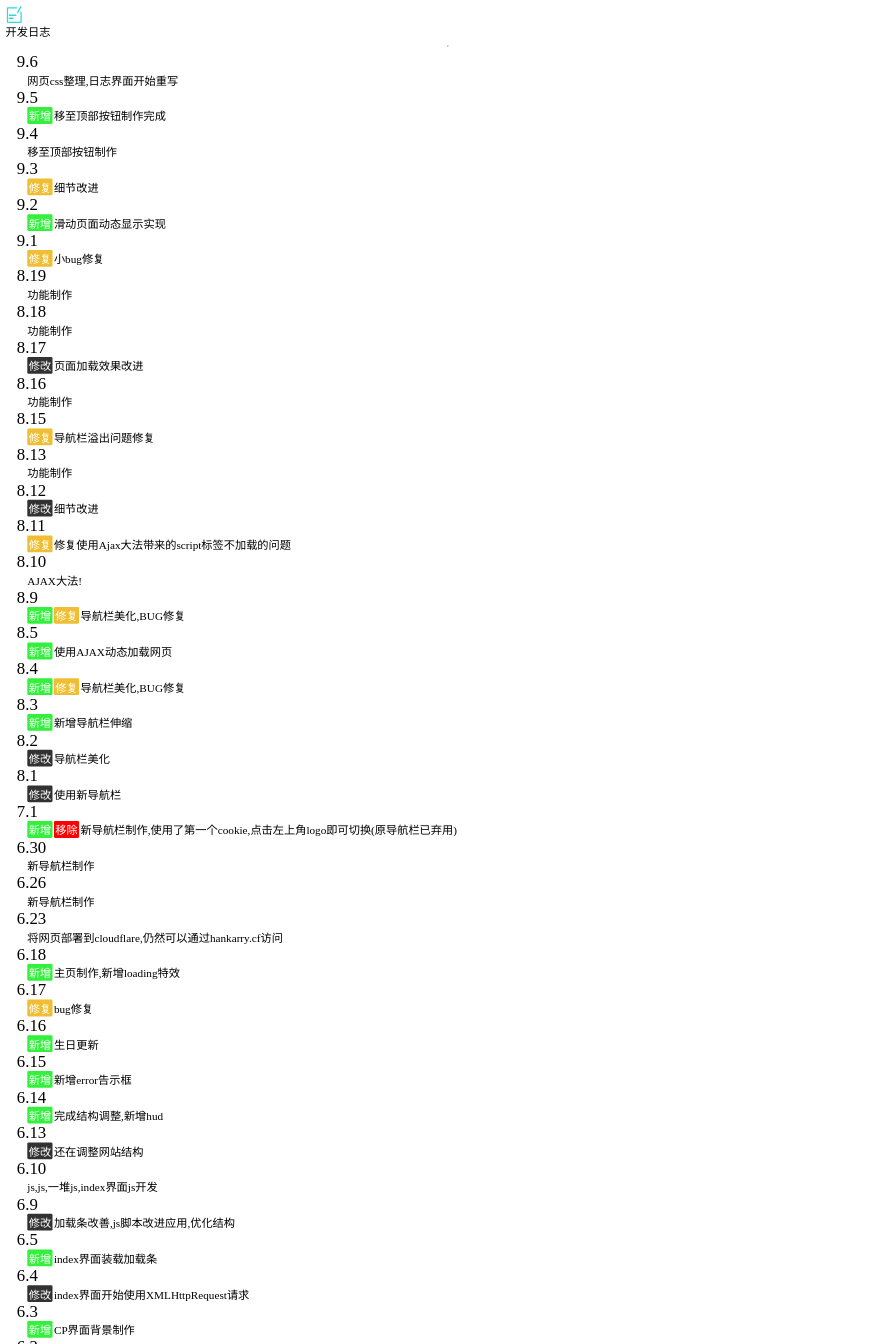
Repository: hankarry/personal_page
Page: diary/diary_pageload.html
These files come from the project's save history. The page is drawn as it stood at one moment and after the next save; the edit follows.
The browser window is 1280 px wide. The pictures show the part of the page from y = 0 to 1920 px (the page is 3698 px tall before and 3680 px after), at 70% of full size.

Above is the page before, as saved 2022-09-08 22:36:22.
Console error: ReferenceError: Header is not defined

### diary/diary_pageload.html
<link rel="stylesheet" type="text/css" href="css/diary.css">
<script>Header(1, 'head_diary')</script>
<div>
    <div class="card">
        <div id="whole_diary">
            <div class="title_div"><img src="/css/hud/xiugaidingdan.svg" width="25" height="25"><section class="p_title">开发日志</section></div>
            <hr>
            <ul id="diary">
                <li>
                    <div class="diary_title">9.6</div>
                    <div class="diary_content">
                        网页css整理,日志界面开始重写
                    </div>
                </li>
                <li>
                    <div class="diary_title">
                        9.5
                    </div>
                    <div class="diary_content">
                        <div class="xinzeng">新增</div>移至顶部按钮制作完成
                    </div>
                </li>
                <li>
                    <div class="diary_title">
                        9.4
                    </div>
                    <div class="diary_content">
                        移至顶部按钮制作
                    </div>
                </li>
                <li>
                    <div class="diary_title">
                        9.3
                    </div>
                    <div class="diary_content">
                        <div class="xiufu">修复</div>细节改进
                    </div>
                </li>
                <li>
                    <div class="diary_title">
                        9.2
                    </div>
                    <div class="diary_content">
                        <div class="xinzeng">新增</div>滑动页面动态显示实现
                    </div>
                </li>
                <li>
                    <div class="diary_title">
                        9.1
                    </div>
                    <div class="diary_content">
                        <div class="xiufu">修复</div>小bug修复
                    </div>
                </li>
                <li>
                    <div class="diary_title">
                        8.19
                    </div>
                    <div class="diary_content">
                        功能制作
                    </div>
                </li>
                <li>
                    <div class="diary_title">
                        8.18
                    </div>
                    <div class="diary_content">
                        功能制作
                    </div>
                </li>
                <li>
                    <div class="diary_title">
                        8.17
                    </div>
                    <div class="diary_content">
                        <div class="xiugai">修改</div>页面加载效果改进
                    </div>
                </li>
                <li>
                    <div class="diary_title">
                        8.16
                    </div>
                    <div class="diary_content">
                        功能制作
                    </div>
                </li>
                <li>
                    <div class="diary_title">
                        8.15
                    </div>
                    <div class="diary_content">
                        <div class="xiufu">修复</div>导航栏溢出问题修复
                    </div>
                </li>
                <li>
                    <div class="diary_title">
                        8.13
                    </div>
                    <div class="diary_content">
                        功能制作
                    </div>
                </li>
                <li>
                    <div class="diary_title">
                        8.12
                    </div>
                    <div class="diary_content">
                        <div class="xiugai">修改</div>细节改进
                    </div>
                </li>
                <li>
                    <div class="diary_title">
                        8.11
                    </div>
                    <div class="diary_content">
                        <div class="xiufu">修复</div>修复使用Ajax大法带来的script标签不加载的问题
                    </div>
                </li>
                <li>
                    <div class="diary_title">
                        8.10
                    </div>
                    <div class="diary_content">
                        AJAX大法!
                    </div>
                </li>
                <li>
                    <div class="diary_title">
                        8.9
                    </div>
                    <div class="diary_content">

                        <div class="xinzeng">新增</div><div class="xiufu">修复</div>导航栏美化,BUG修复
                    </div>
                </li>
                <li>
                    <div class="diary_title">
                        8.5
                    </div>
                    <div class="diary_content">
                        <div class="xinzeng">新增</div>使用AJAX动态加载网页
                    </div>
                </li>
                <li>
                    <div class="diary_title">
                        8.4
                    </div>
                    <div class="diary_content">
                        <div class="xinzeng">新增</div><div class="xiufu">修复</div>导航栏美化,BUG修复
                    </div>
                </li>
                <li>
                    <div class="diary_title">
                        8.3
                    </div>
                    <div class="diary_content">
                        <div class="xinzeng">新增</div>新增导航栏伸缩
                    </div>
                </li>
                <li>
                    <div class="diary_title">
                        8.2
                    </div>
                    <div class="diary_content">
                        <div class="xiugai">修改</div>导航栏美化
                    </div>
                </li>
                <li>
                    <div class="diary_title">
                        8.1
                    </div>
                    <div class="diary_content">
                        <div class="xiugai">修改</div>使用新导航栏
                    </div>
                </li>
                <li>
                    <div class="diary_title">
                        7.1
                    </div>
                    <div class="diary_content">
                        <div class="xinzeng">新增</div><div class="yichu">移除</div>新导航栏制作,使用了第一个cookie,点击左上角logo即可切换(原导航栏已弃用)
                    </div>
                </li>
                <li>
                    <div class="diary_title">
                        6.30
                    </div>
                    <div class="diary_content">
                        新导航栏制作
                    </div>
                </li>
                <li>
                    <div class="diary_title">
                        6.26
                    </div>
                    <div class="diary_content">
                        新导航栏制作
                    </div>
                </li>
                <li>
                    <div class="diary_title">
                        6.23
                    </div>
                    <div class="diary_content">
                        将网页部署到cloudflare,仍然可以通过hankarry.cf访问
                    </div>
                </li>
                <li>
                    <div class="diary_title">
                        6.18
                    </div>
                    <div class="diary_content">
                        <div class="xinzeng">新增</div>主页制作,新增loading特效
                    </div>
                </li>
                <li>
                    <div class="diary_title">
                        6.17
                    </div>
                    <div class="diary_content">
                        <div class="xiufu">修复</div>bug修复
                    </div>
                </li>
                <li>
                    <div class="diary_title">
                        6.16
                    </div>
                    <div class="diary_content">
                        <div class="xinzeng">新增</div>生日更新
                    </div>
                </li>
                <li>
                    <div class="diary_title">
                        6.15
                    </div>
                    <div class="diary_content">
                        <div class="xinzeng">新增</div>新增error告示框
                    </div>
                </li>
                <li>
                    <div class="diary_title">
                        6.14
                    </div>
                    <div class="diary_content">
                        <div class="xinzeng">新增</div>完成结构调整,新增hud
                    </div>
                </li>
                <li>
                    <div class="diary_title">
                        6.13
                    </div>
                    <div class="diary_content">
                        <div class="xiugai">修改</div>还在调整网站结构
                    </div>
                </li>
                <li>
                    <div class="diary_title">
                        6.10
                    </div>
                    <div class="diary_content">
                        js,js,一堆js,index界面js开发
                    </div>
                </li>
                <li>
                    <div class="diary_title">
                        6.9
                    </div>
                    <div class="diary_content">
                        <div class="xiugai">修改</div>加载条改善,js脚本改进应用,优化结构
                    </div>
                </li>
                <li>
                    <div class="diary_title">
                        6.5
                    </div>
                    <div class="diary_content">
                        <div class="xinzeng">新增</div>index界面装载加载条
                    </div>
                </li>
                <li>
                    <div class="diary_title">
                        6.4
                    </div>
                    <div class="diary_content">
                        <div class="xiugai">修改</div>index界面开始使用XMLHttpRequest请求
                    </div>
                </li>
                <li>
                    <div class="diary_title">
                        6.3
                    </div>
                    <div class="diary_content">
                        <div class="xinzeng">新增</div>CP界面背景制作
                    </div>
                </li>
                <li>
                    <div class="diary_title">
                        6.2
                    </div>
                    <div class="diary_content">
                        开始学习XML
                    </div>
                </li>
                <li>
                    <div class="diary_title">
                        6.1
                    </div>
                    <div class="diary_content">
                        儿童劫摆烂
                    </div>
                </li>
                <li>
                    <div class="diary_title">
                        5.31
                    </div>
                    <div class="diary_content">
                        <div class="xiugai">修改</div>动画适配
                    </div>
                </li>
                <li>
                    <div class="diary_title">
                        5.30
                    </div>
                    <div class="diary_content">
                        <div class="xinzeng">新增</div>小言界面制作
                    </div>
                </li>
                <li>
                    <div class="diary_title">
                        5.29
                    </div>
                    <div class="diary_content">
                        <div class="xinzeng">新增</div>多个页面的制作,效果改善
                    </div>
                </li>
                <li>
                    <div class="diary_title">
                        5.28
                    </div>
                    <div class="diary_content">
                        <div class="xinzeng">新增</div>新增页面离开效果
                    </div>
                </li>
                <li>
                    <div class="diary_title">
                        5.27
                    </div>
                    <div class="diary_content">
                        <div class="xinzeng">新增</div>新页面制作,疯狂挖坑
                    </div>
                </li>
                <li>
                    <div class="diary_title">
                        5.26
                    </div>
                    <div class="diary_content">
                        <div class="xinzeng">新增</div>目标界面制作,新页面规划
                    </div>
                </li>
                <li>
                    <div class="diary_title">
                        5.25
                    </div>
                    <div class="diary_content">
                        <div class="xiugai">修改</div>导航栏改进,新页面制作
                    </div>
                </li>
                <li>
                    <div class="diary_title">
                        5.24
                    </div>
                    <div class="diary_content">
                        <div class="xinzeng">新增</div>新建游戏主选项,联机界面改放其下成为子项
                    </div>
                </li>
                <li>
                    <div class="diary_title">
                        5.21
                    </div>
                    <div class="diary_content">
                        <div class="xiugai">修改</div>联机界面改进
                    </div>
                </li>
                <li>
                    <div class="diary_title">
                        5.20
                    </div>
                    <div class="diary_content">
                        <div class="xiufu">修复</div>终于解决按钮的问题了
                    </div>
                </li>
                <li>
                    <div class="diary_title">
                        5.19
                    </div>
                    <div class="diary_content">
                        跟按钮耗
                    </div>
                </li>
                <li>
                    <div class="diary_title">
                        5.18
                    </div>
                    <div class="diary_content">
                        <div class="xiugai">修改</div>琢磨js,重写表格,跟按钮杠上了xwx
                    </div>
                </li>
                <li>
                    <div class="diary_title">
                        5.16
                    </div>
                    <div class="diary_content">
                        <div class="xinzeng">新增</div><div class="xiugai">修改</div>新增语音服务器,界面改进
                    </div>
                </li>
                <li>
                    <div class="diary_title">
                        5.15
                    </div>
                    <div class="diary_content">
                        网页部署在gitee pages,加快访问速度
                    </div>
                </li>
                <li>
                    <div class="diary_title">
                        5.14
                    </div>
                    <div class="diary_content">
                        <div class="xiugai">修改</div>界面改进
                    </div>
                </li>
                <li>
                    <div class="diary_title">
                        5.13
                    </div>
                    <div class="diary_content">
                        <div class="xiugai">修改</div>导航栏改进
                    </div>
                </li>
                <li>
                    <div class="diary_title">
                        5.12
                    </div>
                    <div class="diary_content">
                        <div class="xiugai">修改</div>导航栏改进
                    </div>
                </li>
                <li>
                    <div class="diary_title">
                        5.11
                    </div>
                    <div class="diary_content">
                        <div class="xinzeng">新增</div>动画,主页制作
                    </div>
                </li>
                <li>
                    <div class="diary_title">
                        5.10
                    </div>
                    <div class="diary_content">
                        <div class="xinzeng">新增</div>使用css做了个小动画
                    </div>
                </li>
                <li>
                    <div class="diary_title">
                        5.9
                    </div>
                    <div class="diary_content">
                        开始学习javascript
                    </div>
                </li>
                <li>
                    <div class="diary_title">
                        5.8
                    </div>
                    <div class="diary_content">
                        <div class="xinzeng">新增</div><div class="xiugai">修改</div>新页面开发,导航栏改进
                    </div>
                </li>
                <li>
                    <div class="diary_title">
                        5.7
                    </div>
                    <div class="diary_content">
                        <div class="xinzeng">新增</div>新增多个分页面
                    </div>
                </li>
                <li>
                    <div class="diary_title">
                        5.6
                    </div>
                    <div class="diary_content">
                        <div class="xinzeng">新增</div>新增hud,导航栏
                    </div>
                </li>
                <li>
                    <div class="diary_title">
                        5.5
                    </div>
                    <div class="diary_content">
                        <div class="xiugai">修改</div>使用网格布局,使用MiSans字体
                    </div>
                </li>
                <li>
                    <div class="diary_title">
                        5.3
                    </div>
                    <div class="diary_content">
                        <div class="xinzeng">新增</div>新增开发日志
                    </div>
                </li>
                <li>
                    <div class="diary_title">
                        5.2
                    </div>
                    <div class="diary_content">
                        第一个网页在github pages部署
                    </div>
                </li>
                <li>
                    <div class="diary_title">
                        2022.4.30
                    </div>
                    <div class="diary_content">
                        开始学习html
                    </div>
                </li>
                <br>
                人属于他出生的地方，畜生属于它吃饱的地方。 --原神<br>
                探索自己独一无二的世界，挺过黑夜，并创建您能想象的一切！ --Minecraft<br>
                流淌的命运之河的终点，也许在这一刻就被决定好了。 --11eyes<br>
                你现在的气质里，藏着你走过的路，读过的书和爱过的人。 --卡萨布兰卡<br>
                <div class="loadings_style_1" style="--loading_wh:50px"><div class="loading_style_1_1" style="--loading_wh:25px"></div><div class="loading_style_1_2" style="--loading_wh:25px"></div></div>
				<div class="loadings_style_2"><div class="loading_style_2_1"></div><div class="loading_style_2_2"></div></div>
            </ul>
        </div>
    </div>

    <div class="card">
        <div>
            <section class="p_title">关于此网页的开发</section>
            <hr>
            <div>
                <p>这个网页是我在学校的时候突然冒出来的想法,既然在课间什么都不想看,不如学学做个自己的博客,记录下我自己的生活瞬间,在我的生活里,如果不算我的网上社交,我是无友的</p>
                <p>从小我似乎就成为了为大家所排斥的对象,因为环境,因为我自己,我不懂去和其他人交流,我的家庭也成为了一个阻碍,我几乎是和其他人隔离开的,但还好,带着从小对电子技术的热爱,通过网络我看到了在我们这个环境看不到的东西,我自己的世界没有被局限</p>
                <p>现在我是一个苦逼的高中生(高一), QWQ ,很难,成绩一直不理想,这个网页完全是我在课余时间制作的(所有加起来大概1小时),我会继续努力的</p>
            </div>
        </div>
    </div>
</div>

### css/diary.css
@media screen {
    #whole_diary {
        display: grid;
        grid-column : 75% 25%;

    }
}

#diary {
    margin: 0 1em 0 1em;
    /* padding: 0 1em 0 1em; */
    list-style-position: inside;
    list-style: none;
    padding: 0;

}

.diary_title {
    font-size: 1.5em;
    background-color: var(--backgroundcolor_card);
    /* margin-left: 10px; */
}

.diary_content {
    position: relative;
    /* display: inline-block; */
    padding-left: 15px;
    margin-left: 0px;
}

#diary > li {
    display: list-item;
    /* overflow: hidden; */

    /* 对于absolute定位的层总是相对于其最近的定义为absolute或relative的父层 */
    position: relative;
}

.diary_content::before {
    content: '';
    position: absolute;
    height: 100%;
    top: 0;
    left: 5px;
    width: 1px;
    background-color: var(--gray);
    /* z-index: 0; */
}

.xiufu {
    display: inline-block;
    background-color: rgb(240, 190, 50);
    padding: 0 2px 0 2px;
    margin-right: 2px;
    border-radius: 2px;
    color: white;
}

.xinzeng {
    display: inline-block;
    background-color: rgb(50, 240, 60);
    padding: 0 2px 0 2px;
    margin-right: 2px;
    border-radius: 2px;
    color: white;
}

.yichu {
    display: inline-block;
    background-color: rgb(255,0,0);
    padding: 0 2px 0 2px;
    margin-right: 2px;
    /* border: 1px solid var(--gray); */
    border-radius: 2px;
    color: white;
}

.xiugai {
    display: inline-block;
    background-color: rgb(50,50,50);
    padding: 0 2px 0 2px;
    margin-right: 2px;
    /* border: 1px solid var(--gray); */
    border-radius: 2px;
    color: white;
}

After the next save:
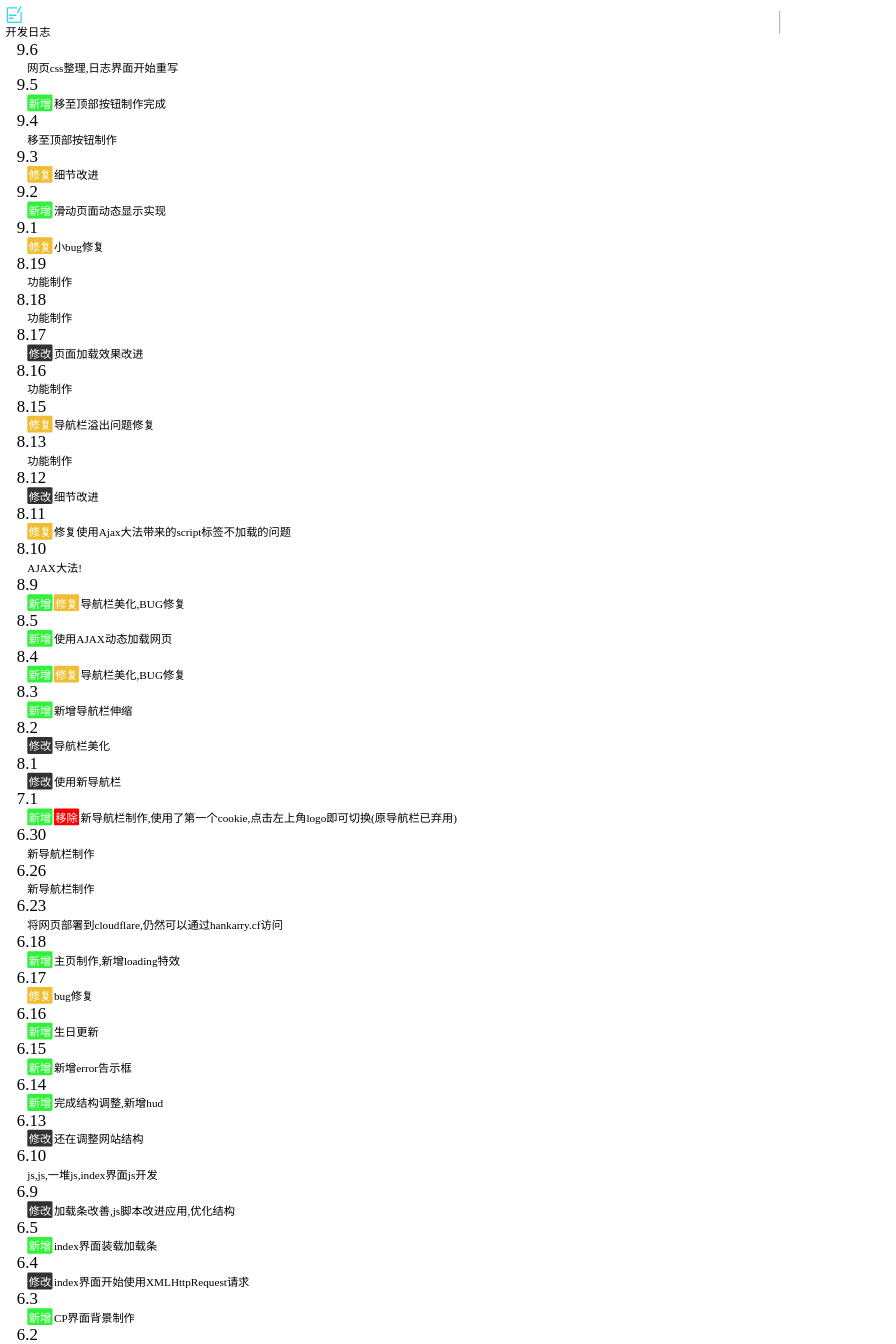
Saved 87 s later.
--- a/css/diary.css
+++ b/css/diary.css
@@ -1,7 +1,7 @@
 @media screen {
     #whole_diary {
         display: grid;
-        grid-column : 75% 25%;
+        grid-template-columns : 75% 25%;
 
     }
 }
